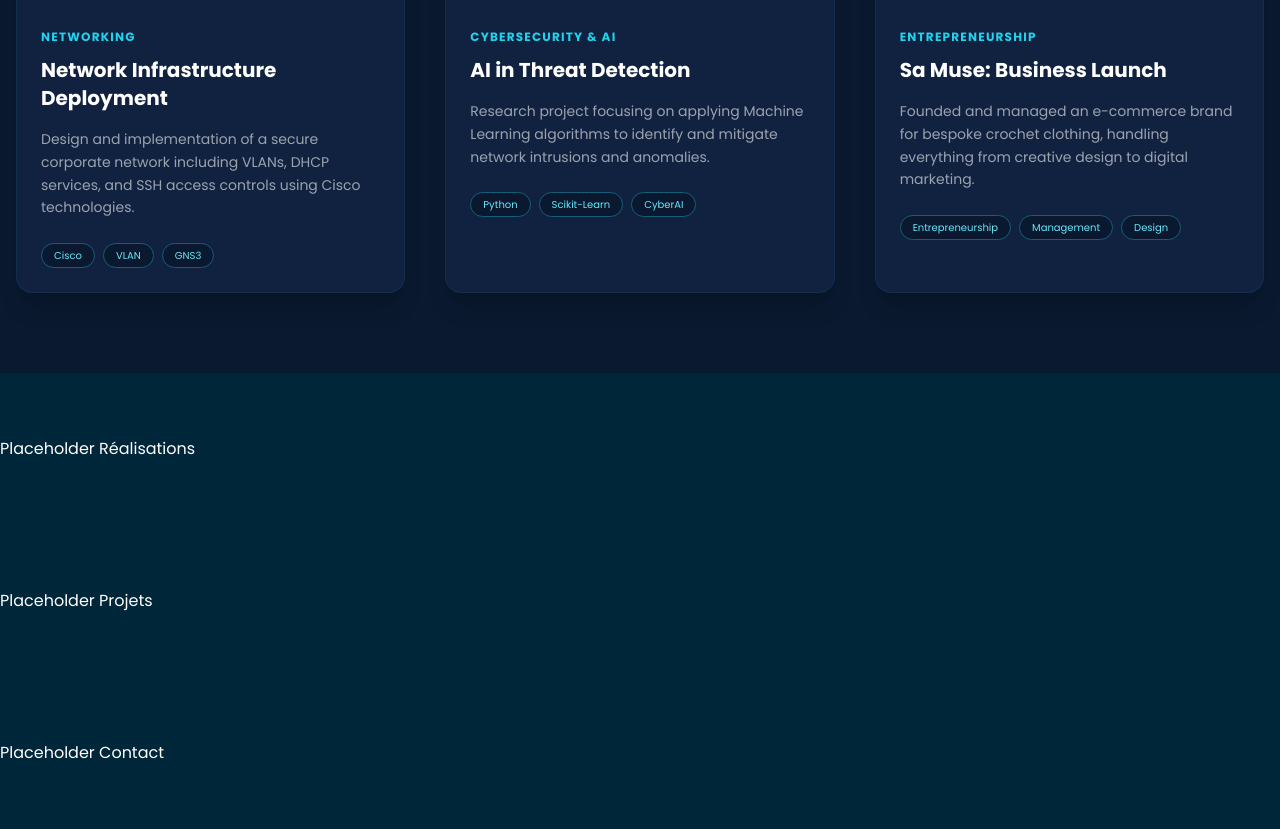
Repository: AntaaaKD/Mon-Portfolio
Page: /
An editor plug-in stored every save of this project. The page is shown before and after the next save, followed by the edit.
The browser window is 1280 px wide. The pictures show the part of the page from y = 3317 to 4146 px (the page is 4146 px tall before and 3994 px after).
The project was rebuilt for these pictures with package versions that can differ from the ones it lists, and the page was loaded fresh each time.

Above is the page before, as saved 2026-01-14 23:32:09.

After the next save:
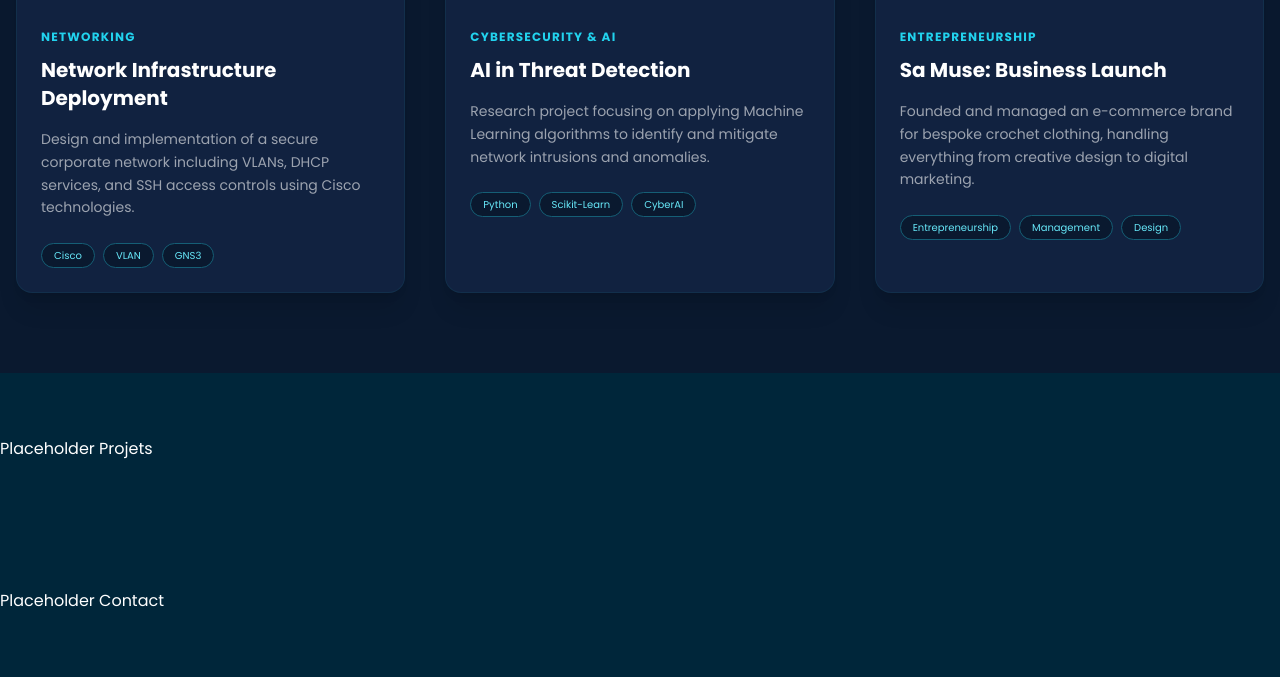
Saved 2 min 24 s later.
--- a/src/App.js
+++ b/src/App.js
@@ -14,7 +14,6 @@ function App() {
         <About />
         <Skills />
         <Achievements />
-        <section id="achievements" className="py-16">Placeholder Réalisations</section>
         <section id="projects" className="py-16">Placeholder Projets</section>
         <section id="contact" className="py-16">Placeholder Contact</section>
       </main>
